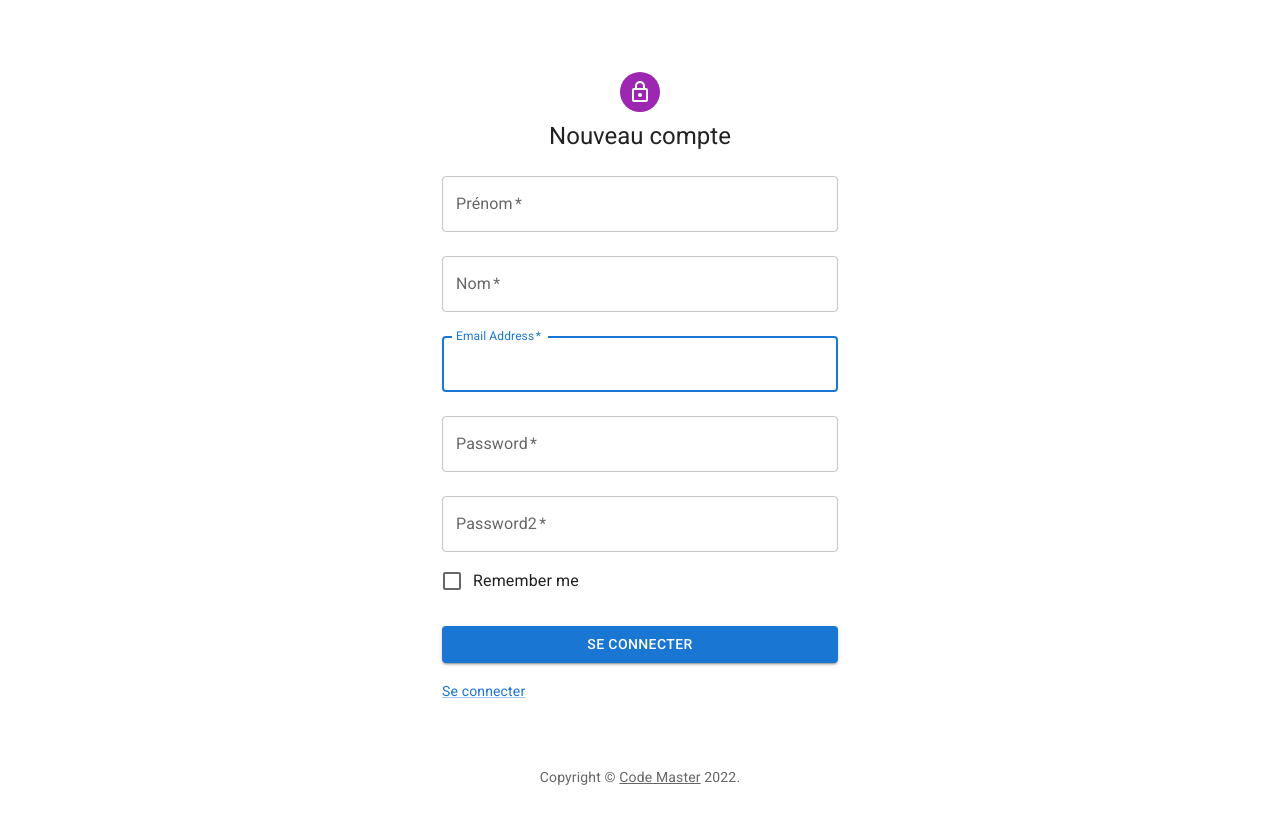
Repository: naovich/codemaster
Page: /signin
The author's editor kept a copy of each file at every save. The page is drawn from the files as they stood at one save, then again after the next save.
The browser window is 1280 px wide. The pictures show the whole page.
The page's requests for data from a server got no answer. The project was rebuilt for these pictures with package versions that can differ from the ones it lists, and the page was loaded fresh each time. No one was signed in, and anything a server would have sent is missing. Also part of the build but not shown: src/Components/Menu.js, src/pages/Home.js, src/pages/Start.js. Imported but missing from the stored project, and not drawn on this page: src/pages/Login.

Above is the page before, as saved 2022-03-03 17:54:11.

After the next save:
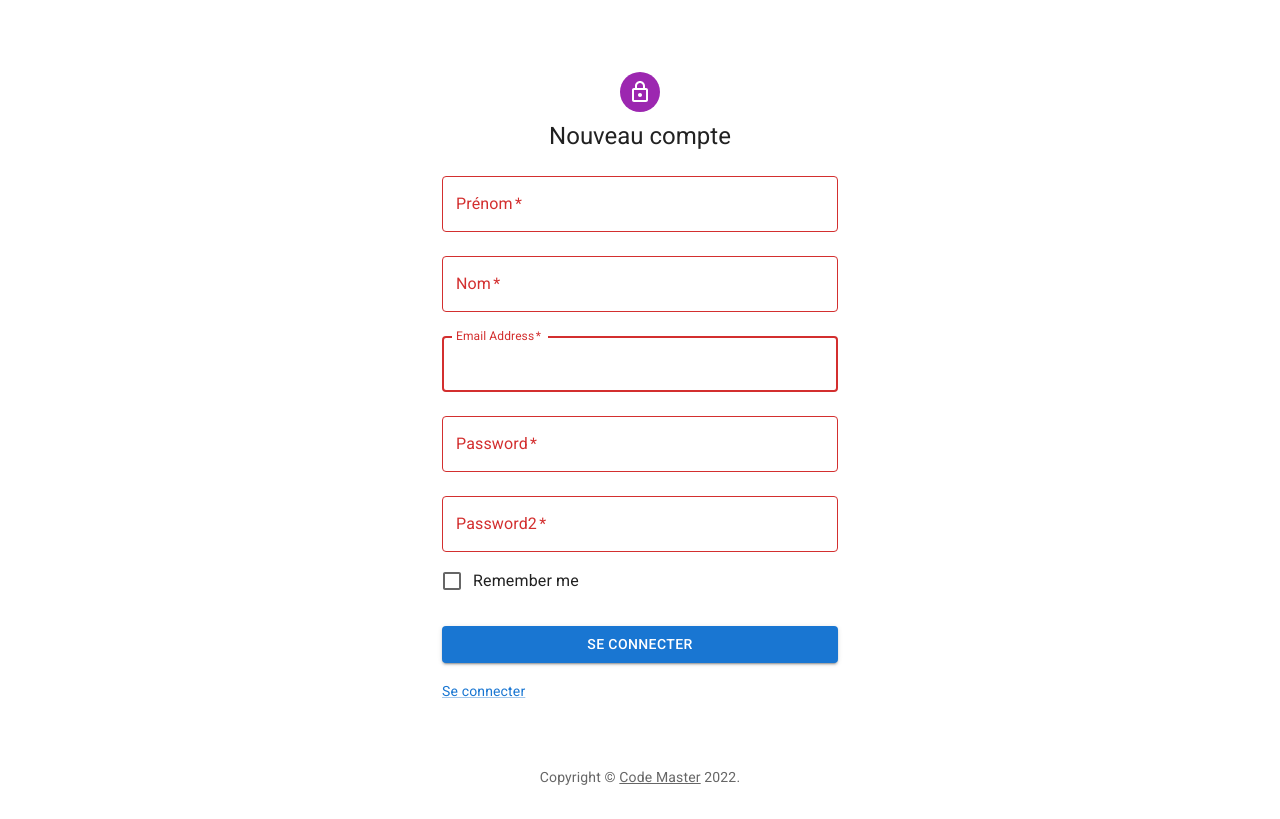
Saved 14 s later.
--- a/src/pages/SignIn.js
+++ b/src/pages/SignIn.js
@@ -24,10 +24,10 @@
 export default function SignIn() {
   let navigate = useNavigate();
 
-  const [firstnameOk, setFirstnameOk] = useState(true);
-  const [lastnameOk, setLastnameOk] = useState(true);
-  const [emailOk, setEmailOk] = useState(true);
-  const [passwordOk, setPasswordOk] = useState(true);
+  const [firstnameOk, setFirstnameOk] = useState(false);
+  const [lastnameOk, setLastnameOk] = useState(false);
+  const [emailOk, setEmailOk] = useState(false);
+  const [passwordOk, setPasswordOk] = useState(false);
   const [isSubmited, setIsSubmited] = useState(false);
 
   useEffect(() => {

After the save that followed:
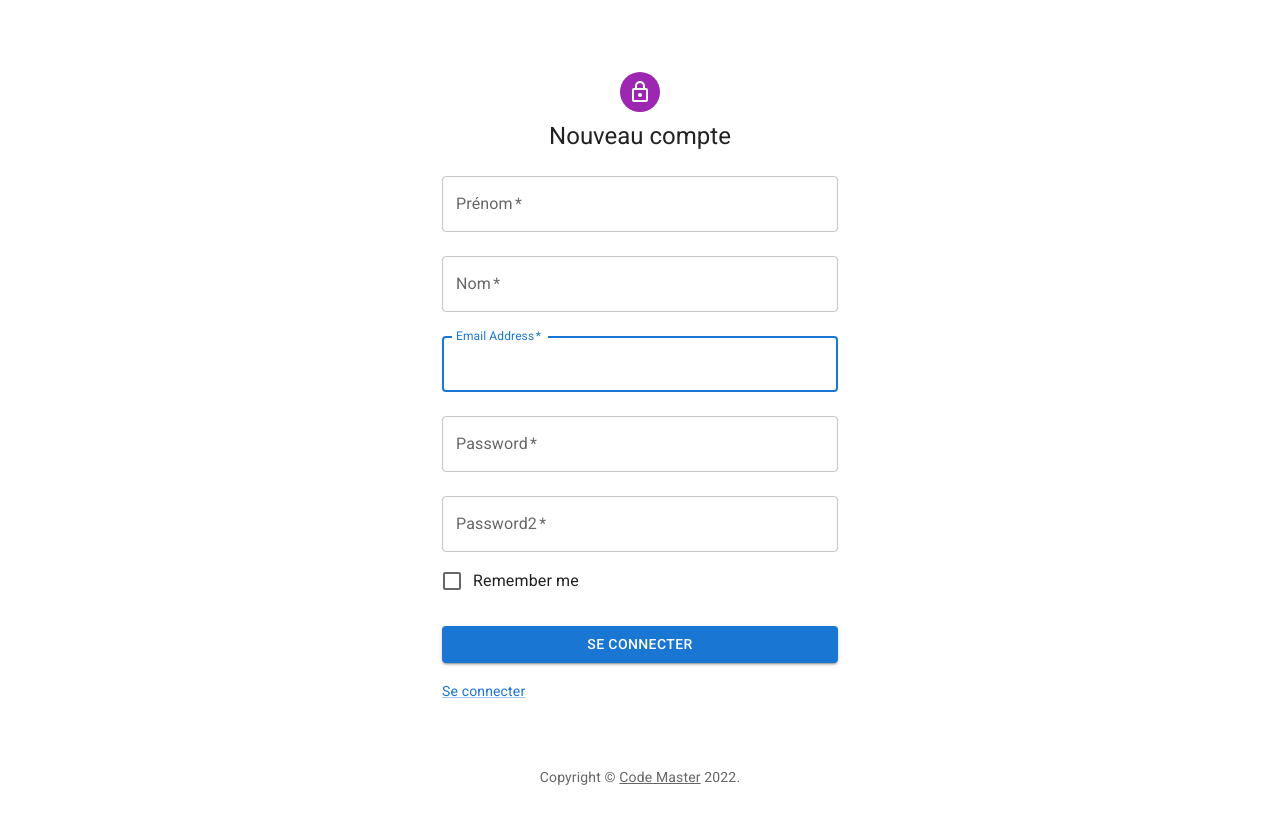
Saved 22 s later.
--- a/src/pages/SignIn.js
+++ b/src/pages/SignIn.js
@@ -24,10 +24,10 @@
 export default function SignIn() {
   let navigate = useNavigate();
 
-  const [firstnameOk, setFirstnameOk] = useState(false);
-  const [lastnameOk, setLastnameOk] = useState(false);
-  const [emailOk, setEmailOk] = useState(false);
-  const [passwordOk, setPasswordOk] = useState(false);
+  const [firstnameOk, setFirstnameOk] = useState(true);
+  const [lastnameOk, setLastnameOk] = useState(true);
+  const [emailOk, setEmailOk] = useState(true);
+  const [passwordOk, setPasswordOk] = useState(true);
   const [isSubmited, setIsSubmited] = useState(false);
 
   useEffect(() => {
